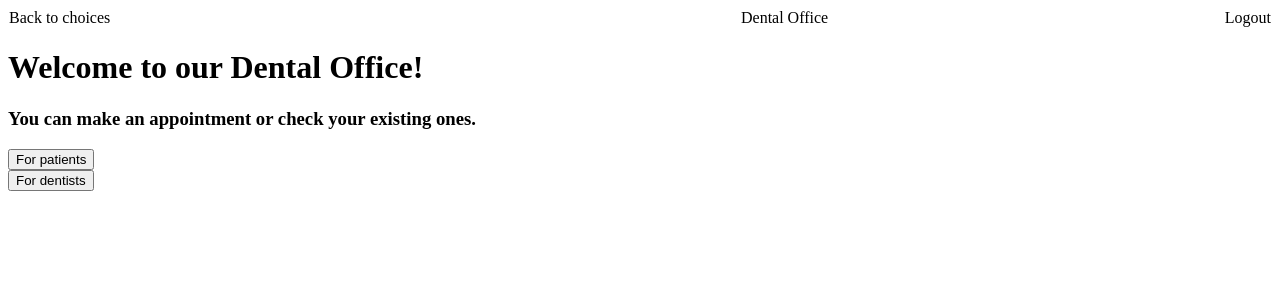
Repository: ThEgIGN/DentalOfficeWebApplication
Page: http://localhost/DentalOfficeWEB/
The author's editor kept a copy of each file at every save. The page is drawn from the files as they stood at one save, then again after the next save.
The browser window is 1280 px wide. The pictures show the whole page.
The page is served by Tomcat 9. Nobody is signed in. The application's start-up code is not run.

Above is the page before, as saved 2023-06-16 10:08:41.

After the next save:
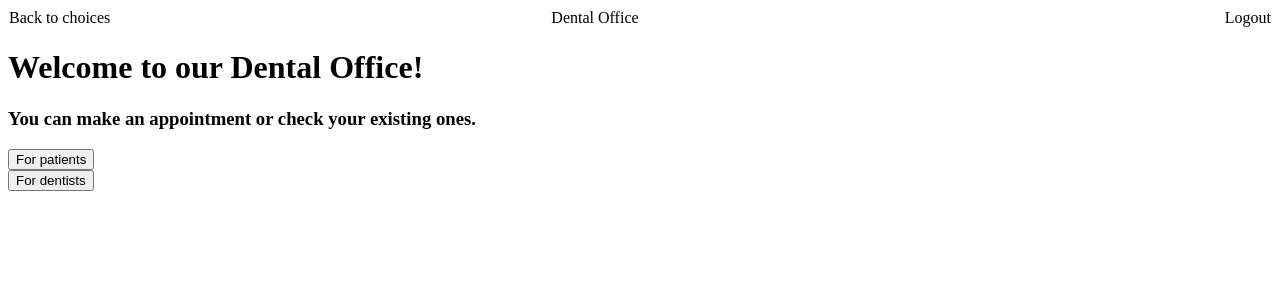
Saved 12 s later.
--- a/DentalOfficeProject/DentalOfficeWEB/src/main/webapp/index.jsp
+++ b/DentalOfficeProject/DentalOfficeWEB/src/main/webapp/index.jsp
@@ -11,7 +11,7 @@
 		style="width: 100%; border-collapse: collapse;">
 		<tr>
 			<td style="text-align: left">Back to choices</td>
-			<td style="text-align: center">Dental Office</td>
+			<td style="text-align: left">Dental Office</td>
 			<td style="text-align: right">Logout</td>
 		</tr>
 	</table>
